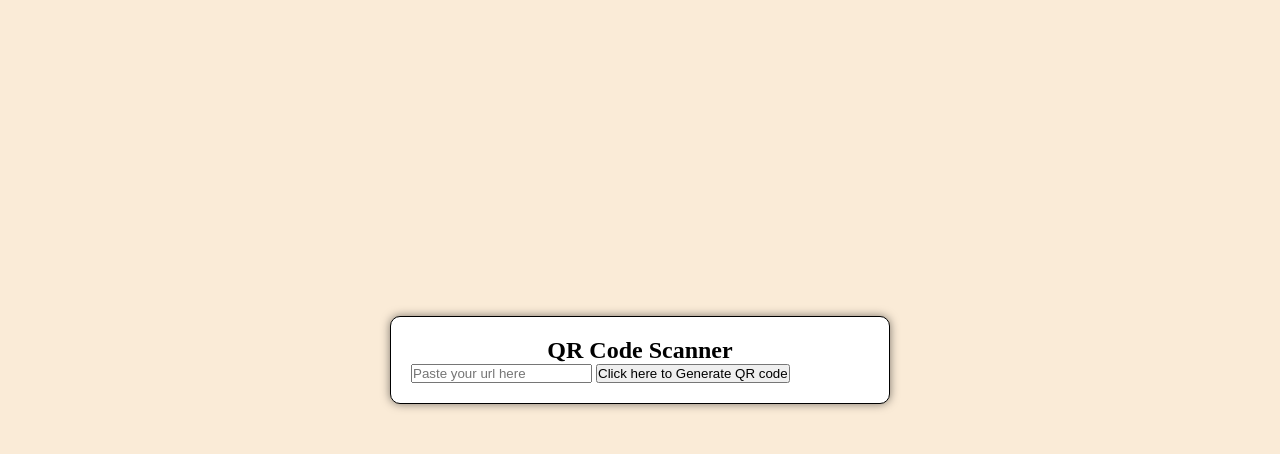
Repository: JunaidAnsari202/QR-Scanner
Page: index.html
An editor plug-in stored every save of this project. The page is shown before and after a run of saves, followed by the edit.
The browser window is 1280 px wide. The pictures show the whole page.

Above is the page before, as saved 2024-10-12 12:18:38.

After the next 4 saves:
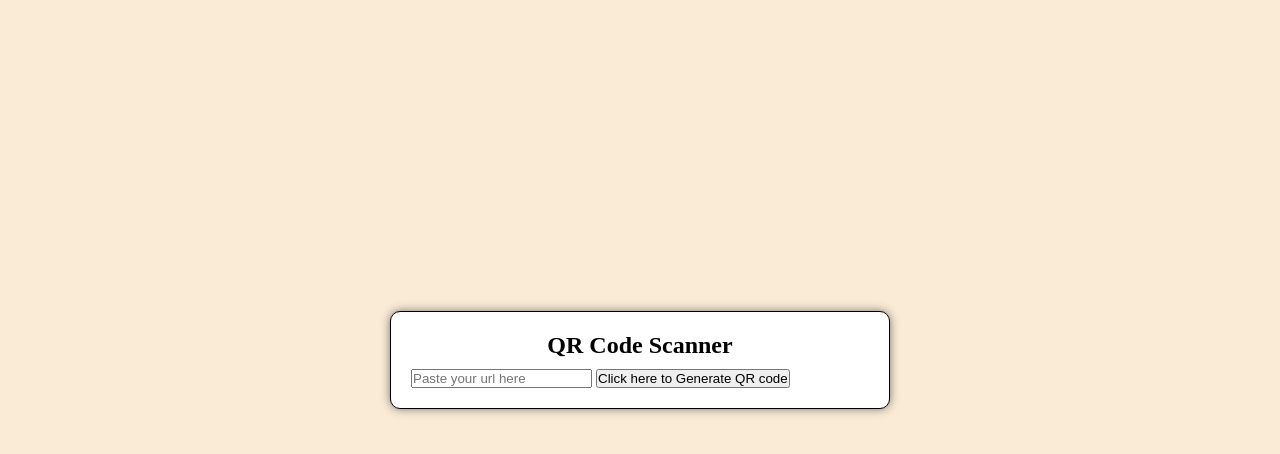
The 4 saves are shown as one change because they came seconds apart.
The last was saved 8 s later.
--- a/style.css
+++ b/style.css
@@ -23,5 +23,5 @@ body{
 
 h2{
     text-align: center;
-    marg
+    margin-bottom: 10px;
 }
